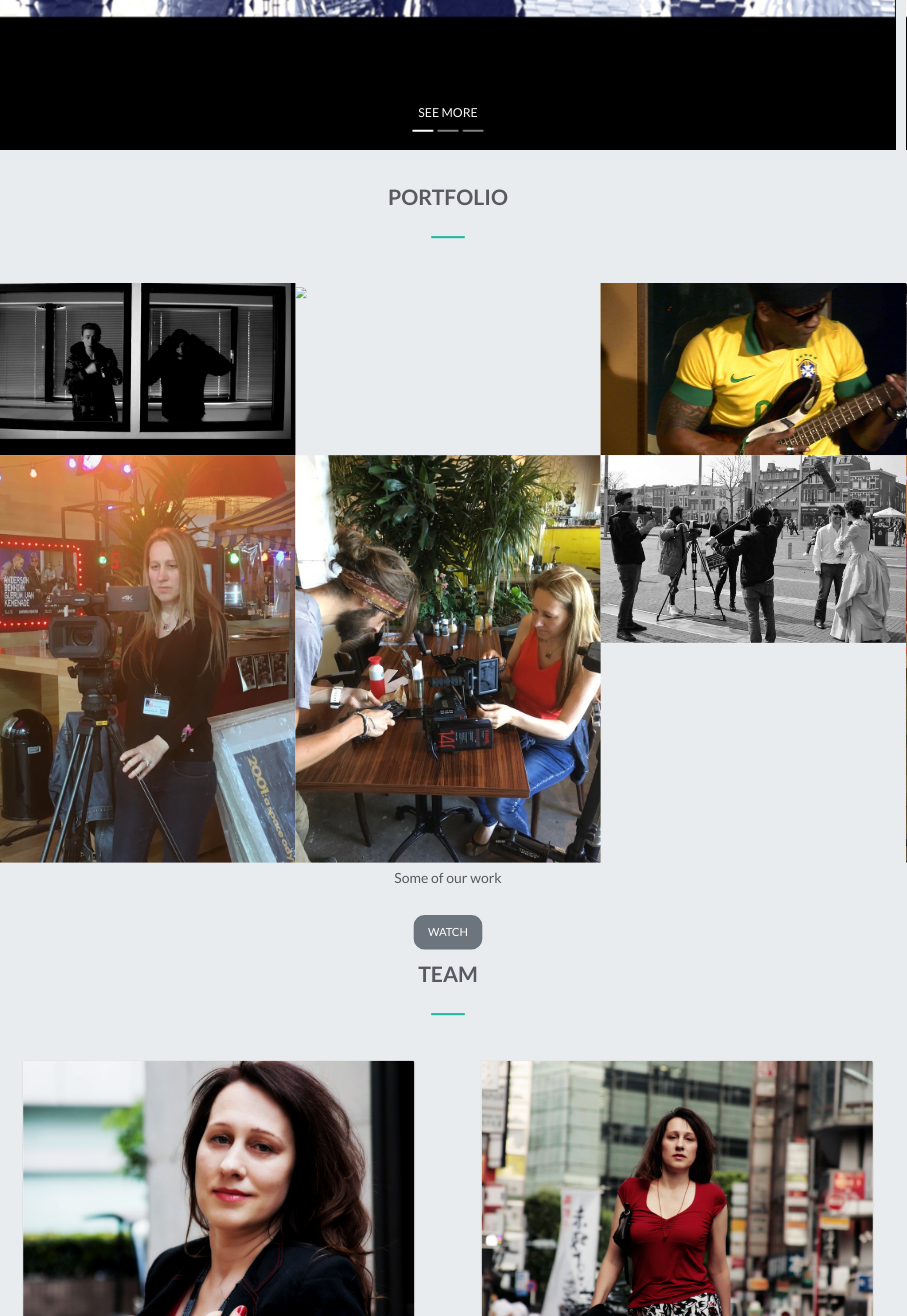
Repository: amorawskanew/My-first-website1
Page: index.html
The author's editor kept a record of every edit. The page is drawn from the files as they stood at one moment, then again after the next edit.
The browser window is 1280 px wide. The page is 1295 px wide, so the pictures cover 1295 px, including what lies to the right of the window. The pictures show the part of the page from y = 506 to 2386 px (the page is 2903 px tall), at 70% of full size.
Some web fonts or font styles are not loaded; a fallback is used. Some web libraries are served in a nearby version.

Above is the page before.
Not found: img/W.moodboard:one step.pdf

### index.html
<!DOCTYPE html>
<html lang="en">

<head>
  <meta charset="UTF-8">
  <meta name="viewport" content="width=device-width, initial-scale=1.0">
  <meta http-equiv="X-UA-Compatible" content="ie=edge">
  <link rel="stylesheet" href="https://maxcdn.bootstrapcdn.com/bootstrap/4.2.1/css/bootstrap.min.css" type="text/css" />
  <link rel="stylesheet" href="https://maxcdn.bootstrapcdn.com/font-awesome/4.7.0/css/font-awesome.min.css" type="text/css" />

  <link rel="stylesheet" href="style.css">
  <link rel="stylesheet" href="css/fixed.css">
</head>

<body data-spy="scroll" data-target="#navbarResponsive">

  <!--start home section-->

  <div id="home">

    <!--Navigation-->

    <nav class="navbar navbar-expand-md navbar-dark bg-dark fixed-top">

      <p>A&A</p>
      <button class="navbar-toggler" type="button" data-toggle="collapse" data-target="#navbarResponsive">
     <span class="navbar-toggler-icon"></span>
 </button>

      <div class="collapse navbar-collapse" id="navbarResponsive">
        <ul class="navbar-nav ml-auto">
          <li class="nav-item">
            <a class="nav-link" href="#home">Home</a>
          </li>
          <li class="nav-item">
            <a class="nav-link" href="#portfolio">Portfolio</a>
          </li>
          <li class="nav-item">
            <a class="nav-link" href="#team">Team</a>
          </li>
          <li class="nav-item">
            <a class="nav-link" href="#contact">Contact</a>
          </li>
        </ul>
      </div>
    </nav>




    <!--start image slider-->
    <div id="carouselExampleIndicators" class="carousel slide" data-ride="carousel" data-interval="7000">
      <ol class="carousel-indicators">
        <li data-target="#carouselExampleIndicators" data-slide-to="0" class="active"></li>
        <li data-target="#carouselExampleIndicators" data-slide-to="1"></li>
        <li data-target="#carouselExampleIndicators" data-slide-to="2"></li>
      </ol>
      <div class="carousel-inner" role="listbox">
        <!--slide 1-->
        <div class="carousel-item active" style="background-image: url(img/Frame_1.jpg);" alt="img/Frame_1.jpg" >
          <div class="carousel-caption text-center">
            <h1></h1>
            <a class="button btn-outline-light btn-lg" href="#portfolio"> See more</a>
          </div>
        </div>

        <!--slide 2-->
        <div class="carousel-item" style="background-image: url(img/FRAME_4.jpg);" alt="img/FRAME_4.jpg" ></div>

        <!--slide 3-->
        <div class="carousel-item" style="background-image: url(img/FRAMe_3.jpg);"  alt="img/FRAMe_3.jpg" ></div>
      </div>

      <!--end carousel-inner-->

      <!--prev&next buttons-->

      <a class="carousel-control-prev" href="#carouselExampleIndicators" role="button" data-slide="prev">
    <span class="carousel-control-prev-icon" aria-hidden="true"></span>
    <span class="sr-only">Previous</span>
  </a>
      <a class="carousel-control-next" href="#carouselExampleIndicators" role="button" data-slide="next">
    <span class="carousel-control-next-icon" aria-hidden="true"></span>
    <span class="sr-only">Next</span>
  </a>
    </div>

    <!--end of image slider-->


  </div>


  <!--end home section-->


  <!--start PORTFOLIO SECTION-->

  <div id="portfolio" class="offset">

  <div class="jumbotron container-fluid">
    <h3 class= "heading">Portfolio</h3>
    <div class= "heading-underline"></div>
  </div>


  <div class="row no-padding">

    <div class="col-sm-4">
      <div class="portfolio>">
        <a href="img/W.Film Noir.jpg" target="_blank">
          <img src="img/W.Film Noir.jpg">
          </a>
      </div>
    </div>



    <div class="col-sm-4">
      <div class="portfolio>">
        <a href="img/W.moodboard:one step.pdf" target="_blank">
          <img src="img/W.moodboard:one step.pdf">
          </a>
      </div>
    </div>


    <div class="col-sm-4">
      <div class="portfolio>">
        <a href="img/W.Milan.jpg" target="_blank">
          <img src="img/W.Milan.jpg">
          </a>
      </div>
    </div>


    <div class="col-sm-4">
      <div class="portfolio>">
        <a href="img/IMG_3897.jpeg" target="_blank">
          <img src="img/IMG_3897.jpeg">
          </a>
      </div>
    </div>



    <div class="col-sm-4">
      <div class="portfolio>">
        <a href="img/IMG_4222.jpeg" target="_blank">
          <img src="img/IMG_4222.jpeg">
          </a>
      </div>
    </div>


    <div class="col-sm-4">
      <div class="portfolio>">
          <a href="img/PjDexEpZSQCEN6ft97mkTA_thumb_f36.jpg" target="_blank">
          <img src="img/PjDexEpZSQCEN6ft97mkTA_thumb_f36.jpg">
          </a>
        </div>
      </div>

      </div>

      <div class="narrow text-center">
        <div class="col-12">
          <p class="lead"> Some of our work</p>
          <a class="btn btn-secondary btn-md" href="https://vimeo.com/335774954" target="_blank">WATCH</a>

        </div>

      </div>


    </div>

    <!--end row->



    </div><!--end jumbotron-->



    <!--end portfolio section-->

    <!--start team section-->
<div class=wrapper>
    <div id="team" class="offset">
      <div class="col-12 text-center">
        <h3 class="heading">Team</h3>
        <div class="heading-underline"></div>
      </div>
      <div class="row padding">
        <div class="col-md-6">
          <div class="card text-center">
            <img class="card-img-top" src="img/030.JPG">
            <div class="card-body">
              <h4>Anna Morawska</h4>
              <p>I visualize people's dreams</p>
            </div>
          </div>
        </div>

        <div class="col-md-6">
          <div class="card text-center">
            <img class="card-img-top" src="img/054.JPG ">
            <div class="card-body">
              <h4>Anna Morawska</h4>
              <p>Astrid Davtian</p>
            </div>
          </div>
        </div>

      </div>
      <!--end of row-->
</div>
    </div>

    <!--end team section-->

    <!--start contact section-->
 <footer>

    <div id="contact" class="offset"></div>
      <div class="row justify-content-center">
        <div class="col-md-5">
           <p> We ctraete art 4 U </p>
          <strong>Contact info</strong>
          <p>(31) 6 13074449<br>email@yahoo.com</p>
          <a href="https://vimeo.com/manage/videos" target="_blank"><i class="fab fa-vimeo" aria-hidden="true"></i></a>
          <a href="https://www.facebook.com/anna.morawska" target="_blank"><i class="fab fa-facebook-square"></i></a>
          <a href="https://www.instagram.com/morawska690/" target="_blank"><i class="fab fa-instagram"></i></a>
        </div>
        <hr class="socket"> &copy;Anna Morawska

       </div>
      <!--end of row-->
    </footer>

    <!--end-->


    <script src=" https://use.fontawesome.com/releases/v5.6.1/js/all.js"></script>
    <script src="https://code.jquery.com/jquery-3.4.1.slim.min.js"></script>
    <script src="https://cdnjs.cloudflare.com/ajax/libs/popper.js/1.15.0/umd/popper.min.js"></script>
    <script src="https://stackpath.bootstrapcdn.com/bootstrap/4.3.1/js/bootstrap.min.js"></script>

</body>

</html>

### style.css
@import url('https://fonts.googleapis.com/css?family=Lato:400,700');
@import url('https://fonts.googleapis.com/css?family=Raleway,:300,400,500,700,900');
@import url('https://fonts.googleapis.com/css?family=Great+Vibes&display=swap |font-effect-fire-animation');

body {

    overflow-x: hidden;
    font-family: 'Lato', sans-serif;
    color: #585962;
     background-color:#e9ecef;
    width:100%;



}

.offset:before {
    height: 3.8rem;
    margin-top: -3.8rem;
    content: "";
    display: block;

}

/*Navbar style*/

.navbar {
    text-transform: uppercase;
    font-weight: 700;
    font-size: .9rem;
    background: rgba(0, 0, 0, .6);
    color:white;
}

.navbar-nav li {
    padding-right: .7rem;

}

.navbar-dark .navbar-nav .nav-link {

    color: white;
    padding-top: .8rem;
}

.navbar-dark .navbar-nav .nav-link .active,
.navbar-dark .navbar-nav .nav-link:hover {
    color: #9966ff;
}

/*--slider--*/


.carousel-item {
    height: 100vh;
    background-size: cover;
    background-repeat: no-repeat;
    width:100%;

}

/*---remove it---*/
.carousel-caption h1{
    font-size:6rem;
    font-weight  :500;
     font-family: 'Great Vibes';
    color:white;
    text-align:center;
    background-color:no;
    margin-bottom:15rem;
    text-shadow:.1rem .1rem .5rem black;
}

/*---up to here--*/

.btn-lg {
    border-width: medium;
    border-radius: 10px;
    font-size: 1.1rem;
    text-transform: uppercase;
}


/*-----*/



.btn-md {
    border-width: medium;
    border-radius: 15px;
    padding: .6rem 1.1rem;
    text-transform: uppercase;
    margin: 1rem;
}

/* text above portfolio--*/

.jumbotron {
    border-radius: 0;
    padding: 3rem 0 2rem;
    margin-bottom:0;

}

 .heading  {
    font-size: 1.9rem;
    font-weight: 700;
    text-transform: uppercase;
    padding-bottom: 1.9rem;
    text-align: center;
}


.heading-underline {
    width: 3rem;
    height: .2rem;
    background-color: #1ebba3;
    margin: 0 auto 2rem;
}
/*--portfolio---*/


  .col-sm-4 img {

    transition:transform .5s ease;
    background-size: cover;
   max-width:100%;
    padding:0;
    margin:0;

}

.no-padding .col-sm-4
   {
        padding:0;
    }

.col-sm-4 img:hover {
      transform: scale(1.1);
      cursor: zoom-in;
  }
  .portfolio {
      overflow:hidden;

  }

   /*---text --some of our work --*/

  .lead{
      padding:.4rem;
  }
      /*team----*/
      .card {
          margin: 2rem;

      }

      /*---contact--*/

    footer {
    text-align:center;
    background-color:#40474e;
    color:white;
    padding: 2rem 0 3rem;
    margin-top: 1rem;
    width:100%;

    }

    footer a {
        color:white;
    }

    footer svg.svg-inline--fa {
        font-size:1.6rem;
        margin: 1.2rem .5rem 0 0;
    }

    footer svg.svg-inline--fa:hover {
        color:#9966ff;
    }

    hr.socket{
        border-top: 2rem solid #666b71;
        width:100%;
    }

     /*--media queries--*/

   @media (max-width:767px) {
   .btn-lg {
       font-size: 1.1rem;
   }
   .carousel-caption h1 {
    font-size:3rem;
    margin-bottom:15rem;

}

}

Loaded but not shown: css/fixed.css (no stored copy; drawn as an empty file)

After the next edit:
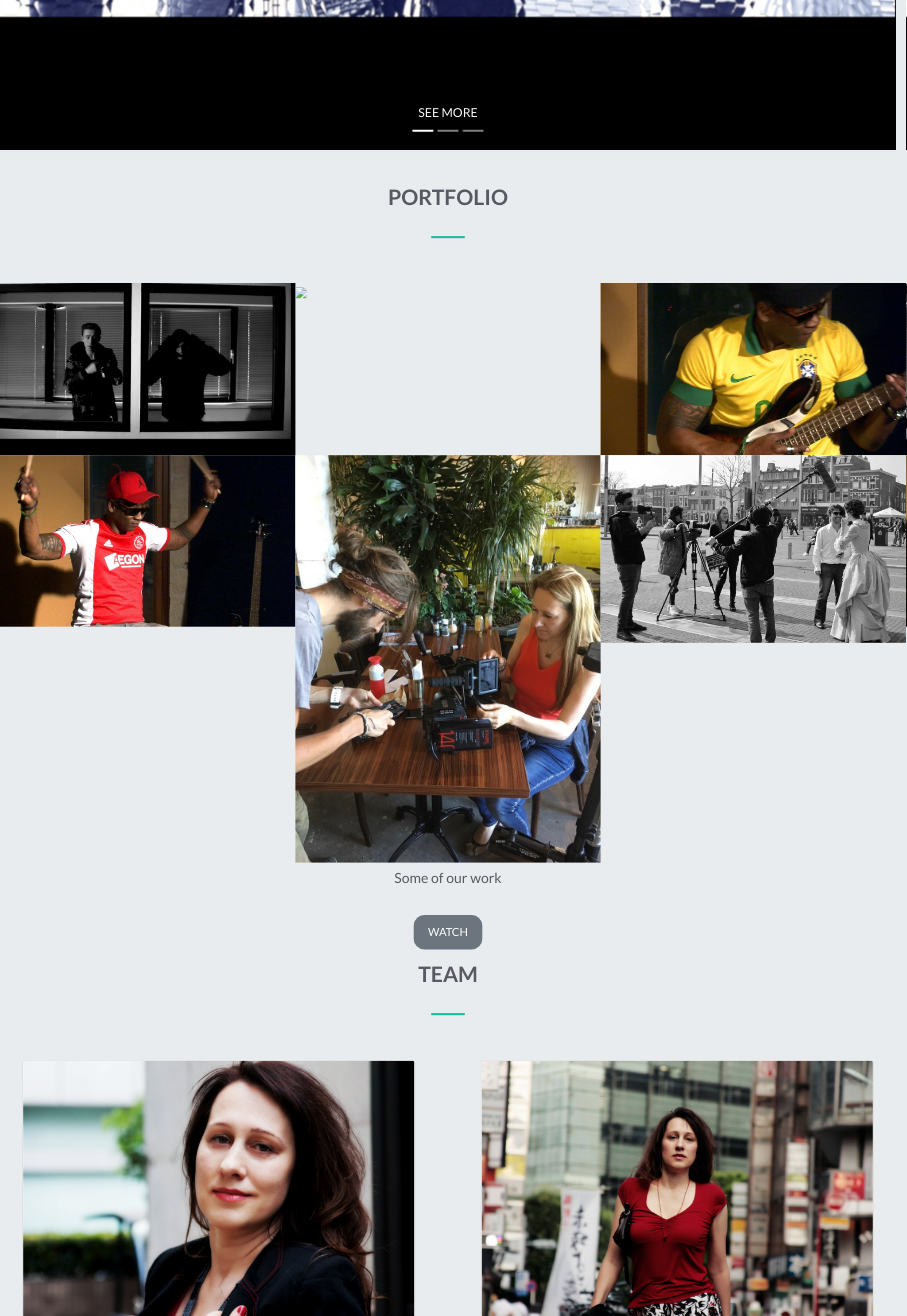
The edit:
--- a/index.html
+++ b/index.html
@@ -136,8 +136,8 @@
 
     <div class="col-sm-4">
       <div class="portfolio>">
-        <a href="img/IMG_3897.jpeg" target="_blank">
-          <img src="img/IMG_3897.jpeg">
+        <a href="img/W.Milan1.jpg" target="_blank">
+          <img src="img/W.Milan1.jpg">
           </a>
       </div>
     </div>
